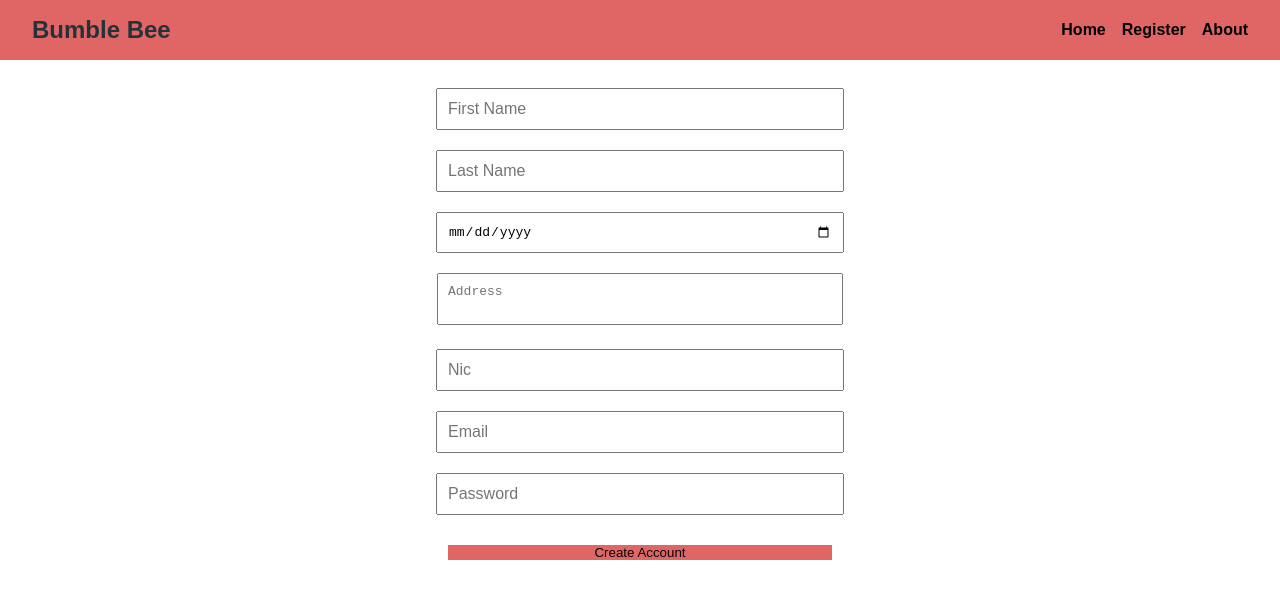
Repository: developerks611/Bumble-bee
Page: http://localhost/Bumble/add-customer.jsp
The author's editor kept a copy of each file at every save. The page is drawn from the files as they stood at one save, then again after the next save.
The browser window is 1280 px wide. The pictures show the whole page.
The page is served by Tomcat 9. Other server files are loaded and not shown.

Above is the page before, as saved 2023-02-28 03:52:37.

### Bumble/src/main/webapp/add-customer.jsp
<%@ page language="java" contentType="text/html; charset=ISO-8859-1"
    pageEncoding="ISO-8859-1" isELIgnored="false"%>
 <%@ taglib prefix = "tag" uri = "http://java.sun.com/jsp/jstl/core" %>
<!DOCTYPE html>
<html>
<head>

<style>
textarea{
	resize:none;
	font-size:100%;
}

* {
  padding: 0;
  margin: 0;
}

body {
  font-family: Arial, Tahoma, Serif;
  color: #263238;
}

nav {
  display: flex;
  justify-content:space-between;
  align-items: center;
  padding: 1rem 2rem;
  background: #e06666;
}

nav ul {
  display: flex;
  list-style: none;
}

nav li {
  padding-left: 1rem;
}

nav a {
  text-decoration: none;
  color: black;
  font-weight:bold;
}

.container {
 text-align:center;
}

.txt_input{

	width:30%;
	height:auto;
	margin:10px;
	padding:10px;
	font-size:100%;

}

.createAccount{

	background-color:#e06666;
	outline: none;
    border: none;
    width:30%;
}


 /*
  Extra small devices (phones, 600px and down)
*/
@media only screen and (max-width: 600px) {
  nav {
    flex-direction: column;
  }
  nav ul {
    flex-direction: column;
    padding-top: 0.5rem;
  }
  nav li {
    padding: 0.5rem 0;
  }
}
</style>
<meta charset="ISO-8859-1">
<title>Customer Registration</title>
</head>
<body>


<nav>
  <h2>Bumble Bee</h2>
  <ul>
    <li><a href="#">Home</a></li>
    <li><a href="#">Register</a></li>
    <li><a href="#">About</a></li>
  </ul>
</nav><br>

<div  class="container">
<p>${message }<p>
<form action="addData" method="post">
<input type="text" name="fname" placeholder="First Name" required class="txt_input"><br>
<input type="text" name="lname" placeholder="Last Name" required class="txt_input"><br>
<input type="date" name="dob" required class="txt_input"><br>
<textarea placeholder="Address" required name="adress" required class="txt_input"></textarea ><br>
<input type="text" name="nic" placeholder="Nic" required class="txt_input"><br>
<input type="email" name="email" placeholder="Email" required class="txt_input"><br>
<input type="password" name="password" placeholder="Password" required class="txt_input"><br><br>
<input type="hidden" name="action" value="addClient">
<button type="submit" class="btn btn-success createAccount">Create Account</button>

</form>
</div>
</body>
</html>

After the next save:
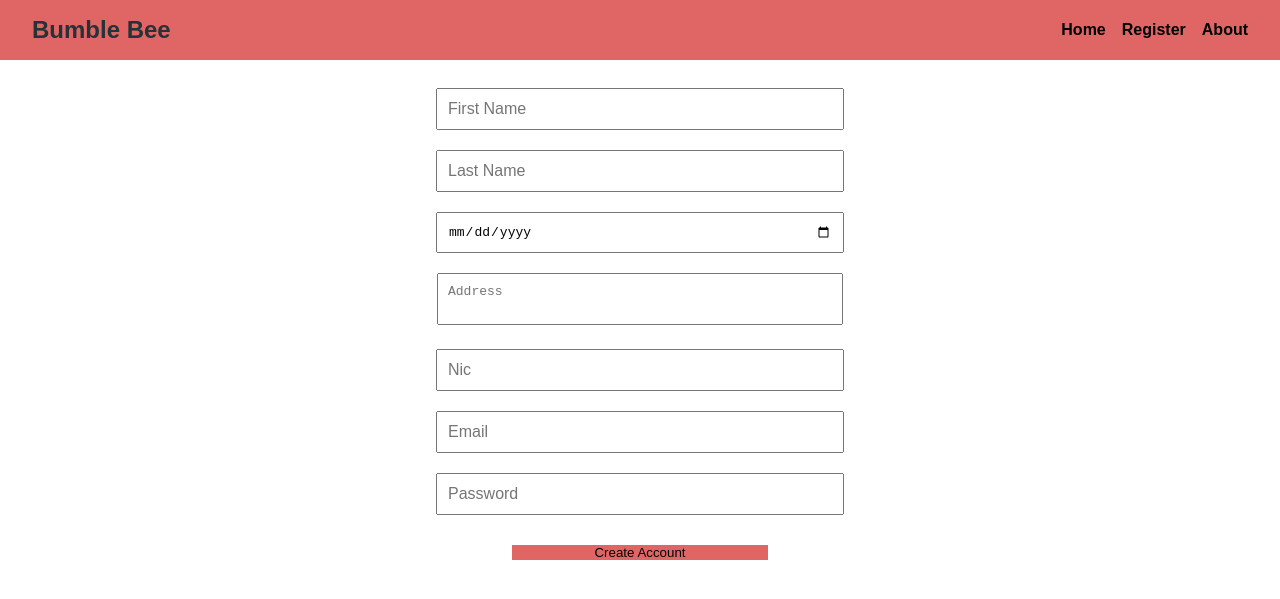
Saved 9 s later.
--- a/Bumble/src/main/webapp/add-customer.jsp
+++ b/Bumble/src/main/webapp/add-customer.jsp
@@ -63,7 +63,7 @@ nav a {
 	background-color:#e06666;
 	outline: none;
     border: none;
-    width:30%;
+    width:20%;
 }
 
 
